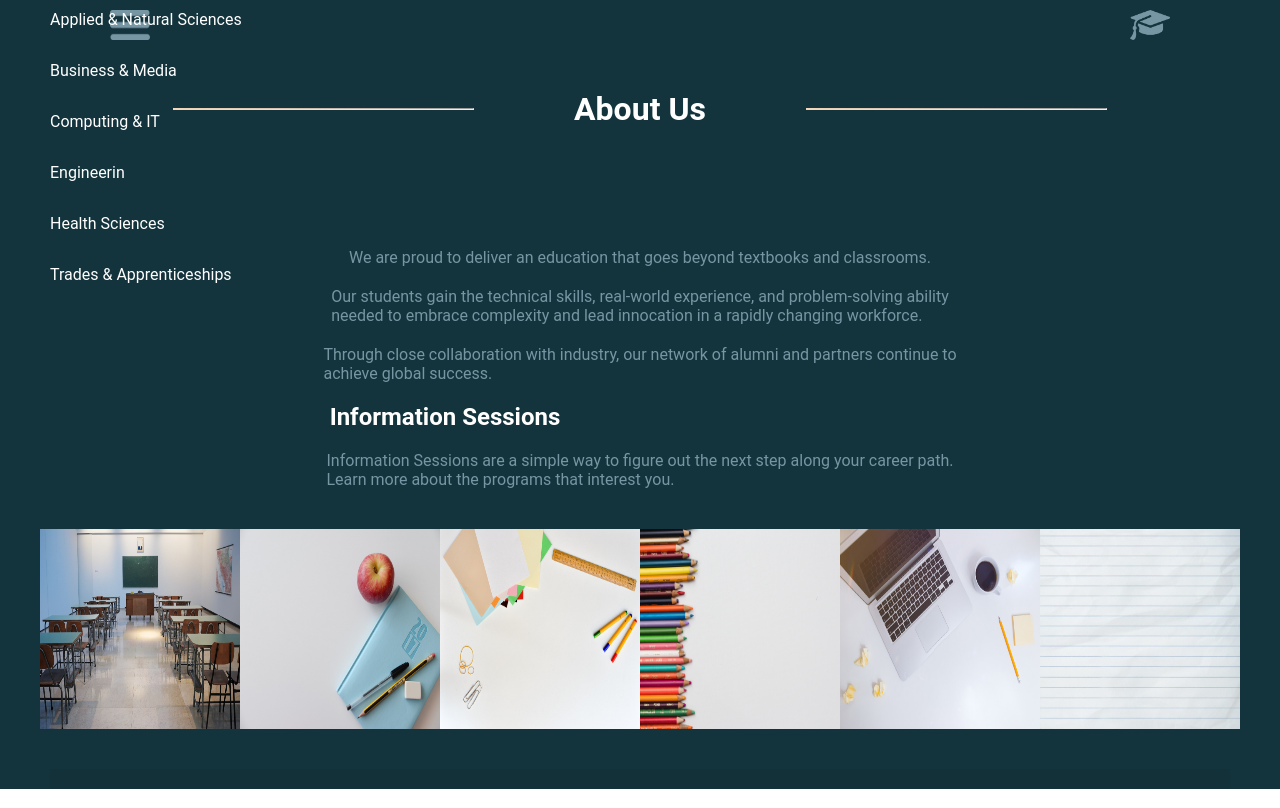
Repository: Sheraliramzan/Aly_A01253508_Assignment1
Page: /about
These files come from the project's save history. The page is drawn as it stood at one moment and after a run of saves; the edit follows.
The browser window is 1280 px wide. The pictures show the whole page.
The project was rebuilt for these pictures with package versions that can differ from the ones it lists, and the page was loaded fresh each time. The framework's server and built-in components were replaced by stand-ins that run in the browser. Also part of the build but not shown: next.config.js.

Above is the page before, as saved 2023-02-05 08:51:46.

### pages/about.js
import Head from 'next/head'
import Image from 'next/image'
import styles from '../styles/Home.module.css'
import dynamic from "next/dynamic";
import Nav from '../comp/nav/nav';


const About = () => {
  return (
    <>
      <Head>
        <title>About Us</title>
        <meta name="author" content="MDIA 2109" />
        <meta property="og:title" content= 'Assignment #1 - About Us Page'/>
        <meta property="og:description" content= "BCIT Digital Design and Development Diploma"/>
        <meta name="viewport" content="width=device-width, initial-scale=1" />
        <link rel="icon" href="/favicon.png" />
      </Head>
      <main className={styles.main}>
        <div className="aboutcont">
          <Nav/>
          <div>
              <div className='headcont1'>
                <hr className='hori'></hr>
                <h1 className='header'>About Us</h1>
                <hr className='hori1'></hr>
              </div>
              <div className='paracont'>
                <p className='para2'> We are proud to deliver an education that goes beyond textbooks
                  and classrooms.</p>
                <p className='para2'> Our students gain the technical skills, real-world experience,
                  and problem-solving ability <br /> needed to embrace complexity
                  and lead innocation in a rapidly changing workforce.</p>
                <p className='para2'>Through close collaboration with industry, our network of alumni
                  and partners continue to <br /> achieve global success.</p>
              </div>
                <h2 className='header2'> Information Sessions</h2>
                <p className='para3'> Information Sessions are a simple way to figure out the next
                  step along your career path. <br /> Learn more about the
                programs that interest you.</p>
              <p></p>
              <p></p>
              <p></p>
              <h2></h2>
              <h3></h3>
          </div>
          <div>
            <div id="carouselImage">
                <Image src={"/0.jpg"} width={200} height={200}></Image>
                <Image src={"/1.jpg"} width={200} height={200}></Image>
                <Image src={"/2.jpg"} width={200} height={200}></Image>
                <Image src={"/3.jpg"} width={200} height={200}></Image>
                <Image src={"/4.jpg"} width={200} height={200}></Image>
                <Image src={"/5.jpg"} width={200} height={200}></Image>
            </div >
                  <div id="testOnImageHere">
                    <ul >
                      <li>Applied & Natural Sciences</li>
                      <li>Business & Media</li>
                      <li>Computing & IT</li>
                      <li>Engineerin</li>
                      <li>Health Sciences</li>
                      <li>Trades & Apprenticeships</li>
                    </ul>
                  </div>
          </div>
        </div>
        <a>
            <span>
                <img></img>
                <img></img>
            </span>
        </a>
      </main>
    </>
  )
}
export default dynamic (() => Promise.resolve(About), {ssr: false})

### styles/globals.css


* {
  box-sizing: border-box;
  padding: 0;
  margin: 0;
}

html,
body {
  margin: 0;
  padding: 0;
  font-family: "Roboto", sans-serif;
  scrollbar-width: none;

}
.menuimg{
  margin-left: 100px;
}
.gardimg{
  margin-right: 100px;
}
.navcont {
  display: flex;
  align-items: center;
  justify-content: space-between;
  padding: 10px;
}
.menucont{
  position: absolute;
  top: 0rem;
  left: 4rem;
}
a{
  color: var(--primary-color);
  text-decoration: none;
}

ul {
  display: flex;
  flex-direction: column;
  position: absolute;
  top: 10px;
  left: 50px;
  gap: 2rem;
  text-decoration: none;
}

ul > li {
  list-style-type: none;
  text-decoration: none;
  color: var(--primary-color);
}
.listcont{
  position: absolute;
  display: flex;
  align-items: flex-start;
  left: 3rem;
  top: 3rem;
}

.btncont {
  display: flex;
}

.close {
  background-color: transparent;
  border: none;
  font-size: larger;
  color: var(--primary-color);
}

.fullcont{
  width: 100vw;
  height: 100vh;
  background-image: url("/background-images/backgroundMountain.jpg");
  background-size: cover;
}
.but1{
  margin: 2px;
  padding: 5px 15px;
  background: none;
  border: 1px solid var(--primary-color);
  border-radius: 5px;
  color:var(--primary-color) ;
}
.butcont{
 margin-left: 250px;
}

.but1:hover{
  background-color: var( --primary-color);
  color: var(--quinary-color);
}
.downarrow{
  position: relative;
  left: 650px;
  top:50px;
}
.headcont{
  display: flex;
  flex-direction: column;
  width: 25%;
  margin-top: 320px;
  margin-left: 250px;
}
.headhome{
  color: var(--primary-color);
  font-size: 25px;
  margin-bottom: 10px;
}
.horidiv{
  width: 60%;
  border: 1px solid var(--secondary-color);
  margin-bottom: 10px;
}
.para1{
  color: var(--primary-color);
  font-size:12px;
  width: 100%;
  opacity: 0.8;
}
.aboutcont{
  width: 100%;
  background-color: var( --quaternary-color);
  justify-content: center;
}
.hori{
  border-left: 300px solid var(--secondary-color);
  width: 100px;
  height: 1px;
  margin-right: 100px;
}
.hori1{
  border-left: 300px solid var(--secondary-color);
  width: 100px;
  height: 1px;
  margin-left: 100px;
}
.headcont1{
  text-align: center;
  margin-top: 40px;
  display: flex;
  justify-content: center;
  align-items: center;
}
.header{
  color: var(--primary-color);
}
.paracont{
  display: flex;
  flex-direction: column;
  color: var(--ternary-color);
  justify-content: center;
  align-items: center;
  margin-top: 100px;

}
.para2{
  margin-top: 20px;
}
.header2{
  display: flex;
  flex-direction: column;
  align-items: center;
  margin-right: 390px;
  margin-top: 20px;
  margin-bottom: 20px;
  color: var(--primary-color);
}
.para3{
  color: var(--ternary-color);
  display: flex;
  align-items: center;
  justify-content: center;
}
#carouselImage{
  height: 200px;
  background-repeat: no-repeat;
  background-size: cover;
  display: flex;
  justify-content: center;
  align-items: center;
  margin: 40px 0px;
}
#testOnImageHere{
  background-color: rgba(16, 46, 53, 0.5);
  padding: 10px;
  margin: 0px 50px;
}

### styles/variables.css
:root{
    --primary-color:#fff;
    --secondary-color:#f4d6b9;
    --ternary-color: #7796a4;
    --quaternary-color:#14343d;
    --quinary-color:rgba(16,46,53,0.5);
}

### styles/Home.module.css
.main {
  display: flex;
  flex-direction: column;
  justify-content: space-between;
  align-items: center;
}

### comp/nav/nav.js
import Head from 'next/head'
import Image from 'next/image'
import { useState } from 'react'
import { useRouter } from 'next/router'
import Link from 'next/link'

export default function Nav(){
    const [isMenuOpen, setIsMenuOpen] = useState(false);
  const handleClick = () => {
    setIsMenuOpen(!isMenuOpen);
  };
  const router = useRouter();
    return (
    <>
        <div className="navcont">
              <Image alt='menu' className='menuimg'
                src={"/icons/menu-icon.png"}
                width={40}
                height={30}
                onClick={handleClick}
              />
              <Image alt='grad' className='gardimg' src={"/icons/graduation-hat.png"} width={40} height={30} />
          </div>
          {isMenuOpen && (
            <div className="menucont">
              <div className="listcont">
                <div className="btncont">
                  <button className="close" onClick={handleClick}>
                    X
                  </button>
                </div>
                <div>
                  <ul>
                    <li>
                      <a href="#">Home</a>
                    </li>
                    <li>
                      <a href="/about">About</a>
                    </li>
                    <li>
                      <a href="/contact">Contact</a>
                    </li>
                  </ul>
                </div>
              </div>
              <Image alt='bar'
                src={"/background-images/menuBackground.png"}
                width={240}
                height={240}
              />
            </div>
          )}
    </>
    )
}

Loaded but not shown: pages/_app.js (common file); pages/_document.js (common file); pages/api/hello.js (common file)

After the next 4 saves:
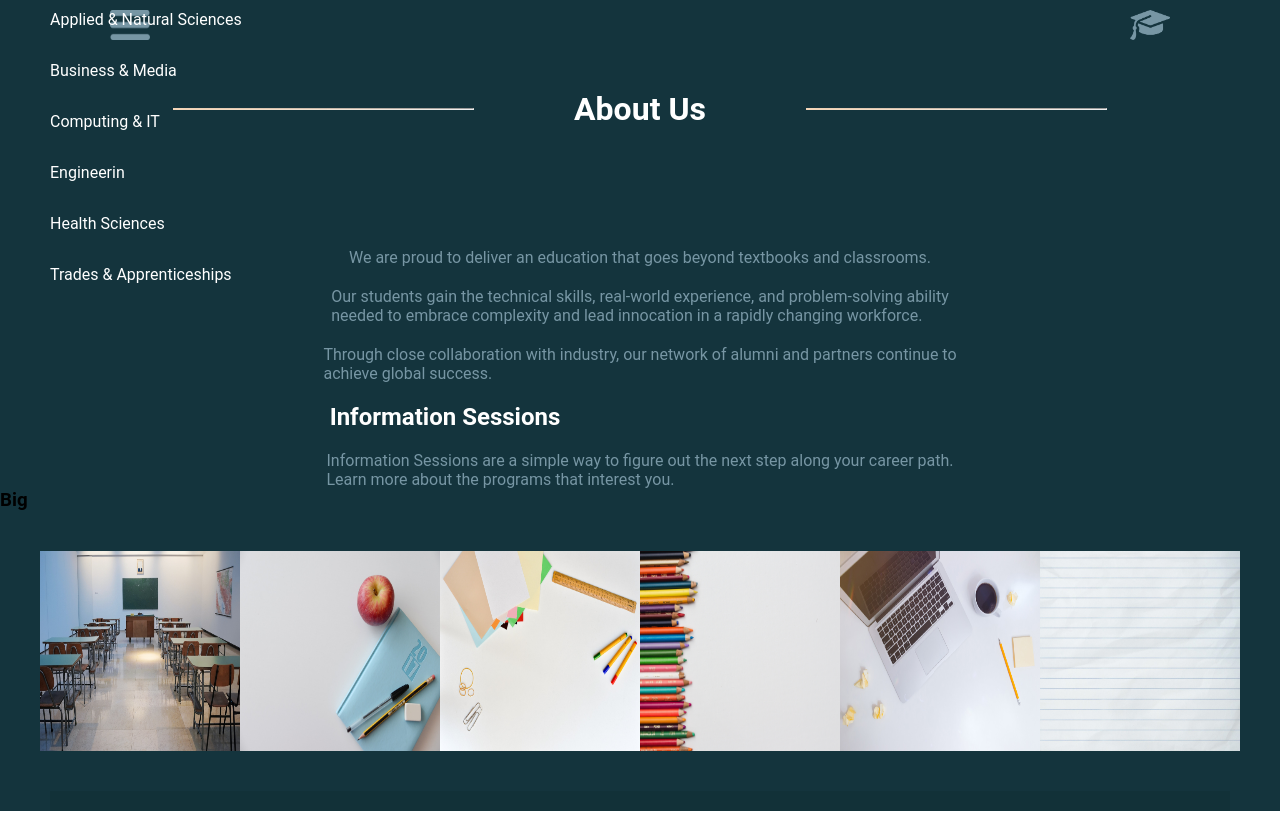
The 4 saves are shown as one change because they came seconds apart.
The last was saved 67 s later.
--- a/pages/about.js
+++ b/pages/about.js
@@ -38,6 +38,7 @@ const About = () => {
                 <p className='para3'> Information Sessions are a simple way to figure out the next
                   step along your career path. <br /> Learn more about the
                 programs that interest you.</p>
+                <h3>Big </h3>
               <p></p>
               <p></p>
               <p></p>
